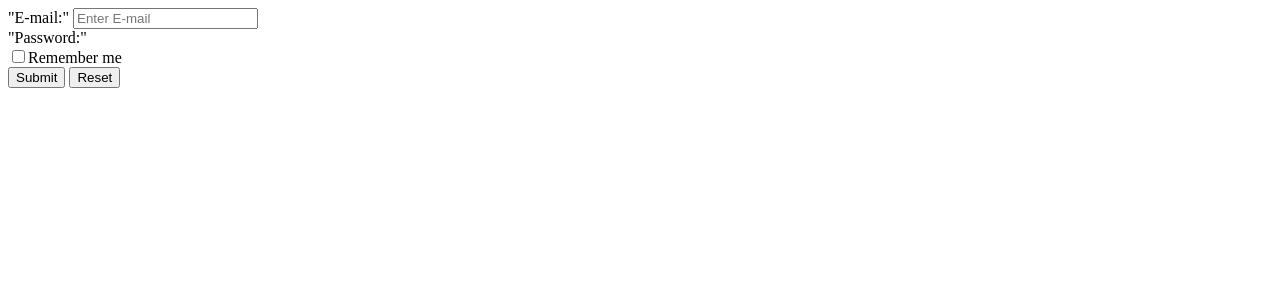
Repository: BragadeeshChandrasekar/my-bookshelf
Page: http://localhost/booksales/login.jsp
The author's editor kept a copy of each file at every save. The page is drawn from the files as they stood at one save, then again after the next save.
The browser window is 1280 px wide. The pictures show the whole page.
The page is served by Tomcat 9.

Above is the page before, as saved 2016-06-09 09:26:18.

After the next save:
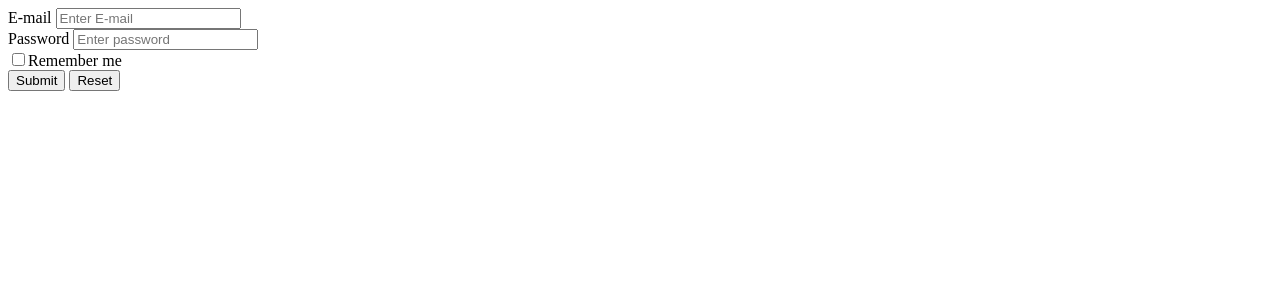
Saved 3 min 5 s later.
--- a/booksales/WebContent/login.jsp
+++ b/booksales/WebContent/login.jsp
@@ -9,12 +9,12 @@
 <body>
 <form role="form">
 <div class="form-group">
-<label for= e-mail>"E-mail:"</label>
+<label for= "e-mail">E-mail</label>
 <input type="e-mail" class="form control" id="e-mail" placeholder="Enter E-mail">
 </div>
 <div class="form-group">
-<label for=pwd>"Password:"</label>
-<input-type="password" class="form control" id="pwd" placeholder="Enter password">
+<label for="pwd">Password</label>
+<input type="pwd" class="form control" id="pwd" placeholder="Enter password">
 </div>
 <div class="checkbox">
 <label><input type="checkbox">Remember me</label></div>
